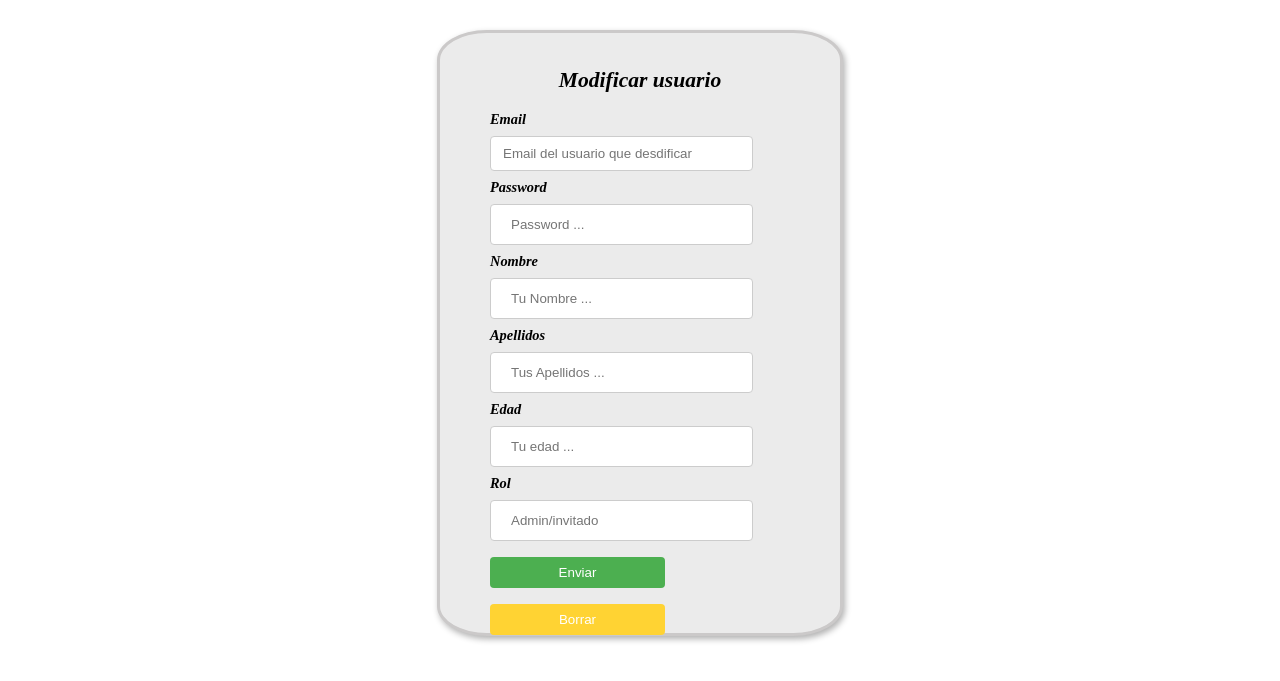
Repository: nachmz42/ProyectoJoker
Page: http://localhost/Joker/modificarusuario.jsp
An editor plug-in stored every save of this project. The page is shown before and after the next save, followed by the edit.
The browser window is 1280 px wide. The pictures show the whole page.
The page is served by Tomcat 9. Other server files are loaded and not shown.

Above is the page before, as saved 2021-07-02 11:18:30.

### Joker/src/main/webapp/modificarusuario.jsp
<%@ page language="java" contentType="text/html; charset=ISO-8859-1"
	pageEncoding="ISO-8859-1"%>
<!DOCTYPE html>
<html>
<head>
<meta charset="ISO-8859-1">
<title>Insert title here</title>
<link rel="stylesheet" href="STYLE/css/modificarusuario.css"></link>

</head>
<body>

	<div class="testbox">

		<form action="/Joker/ServletModificarusuario" method="post">
			<br>


			<h2>Modificar usuario</h2>
			<div class="form2" style="">


				<label for="email" id="1">Email</label><br> <input type="email"
					id="email" name="email"
					placeholder="Email del usuario que desdificar" required> <i
					class="icon-user"></i><br> <label for="password" id="1">Password</label><br>
				<input type="text" id="password" name="password"
					placeholder="Password ..." required> <br> <label
					for="nombre" id="1">Nombre</label><br> <input type="text"
					id="nombre" name="nombre" placeholder="Tu Nombre ..." required><br>

				<label for="apellidos">Apellidos</label><br> <input
					type="text" id="apellidos" name="apellidos"
					placeholder="Tus Apellidos ..." required><br> <label
					for="edad" id="1">Edad</label><br> <input type="text"
					id="edad" name="edad" placeholder="Tu edad ..." required><br>

				 <label for="rol" id="1">
					Rol</label><br> <input type="text" id="rol"
					name="rol" placeholder="Admin/invitado" required> <br>


				<input type="submit" value="Enviar"><br> <input
					type="reset" value="Borrar"><br>
			</div>
	</div>

</body>
</html>

### Joker/src/main/webapp/STYLE/css/modificarusuario.css
@charset "ISO-8859-1";




input[type=text], select {
	width: 75%;
	padding: 12px 20px;
	margin: 8px 0;
	display: inline-block;
	border: 1px solid #ccc;
	border-radius: 4px;
	box-sizing: border-box;
}

input[type=email], select {
	width: 75%;
	padding: 9px 12px;
	margin: 8px 0;
	display: inline-block;
	border: 1px solid #ccc;
	border-radius: 4px;
	box-sizing: border-box;
}

input[type=submit] {
	width: 50%;
	background-color: #4CAF50;
	color: white;
	padding: 8px 0px;
	margin: 8px 0;
	border: none;
	border-radius: 4px;
	cursor: pointer;
	Text-align: center;
}

input[type=reset] {
	width: 50%;
	background-color: #FFD333;
	color: white;
	padding: 8px 0px;
	margin: 8px 0;
	border: none;
	border-radius: 4px;
	cursor: pointer;
	Text-align: center;
}


.testbox {
	margin: 30px auto;
	width: 400px;
	height: 600px;
	-webkit-border-radius: 50px/30px;
	-moz-border-radius: 50px/30px;
	border-radius: 50px/30px;
	background-color: #ebebeb;
	-webkit-box-shadow: 2px 3px 6px rgba(0, 0, 0, .31);
	-moz-box-shadow: 2px 3px 6px rgba(0, 0, 0, .31);
	box-shadow: 2px 3px 6px rgba(0, 0, 0, .31);
	border: solid 3px #cbc9c9;
	Text-align: center;
	 font: oblique bold 90% cursive;
}





.form2 {
    Text-align: left;
    width: 350px;
    margin-left: 50px;
}

After the next save:
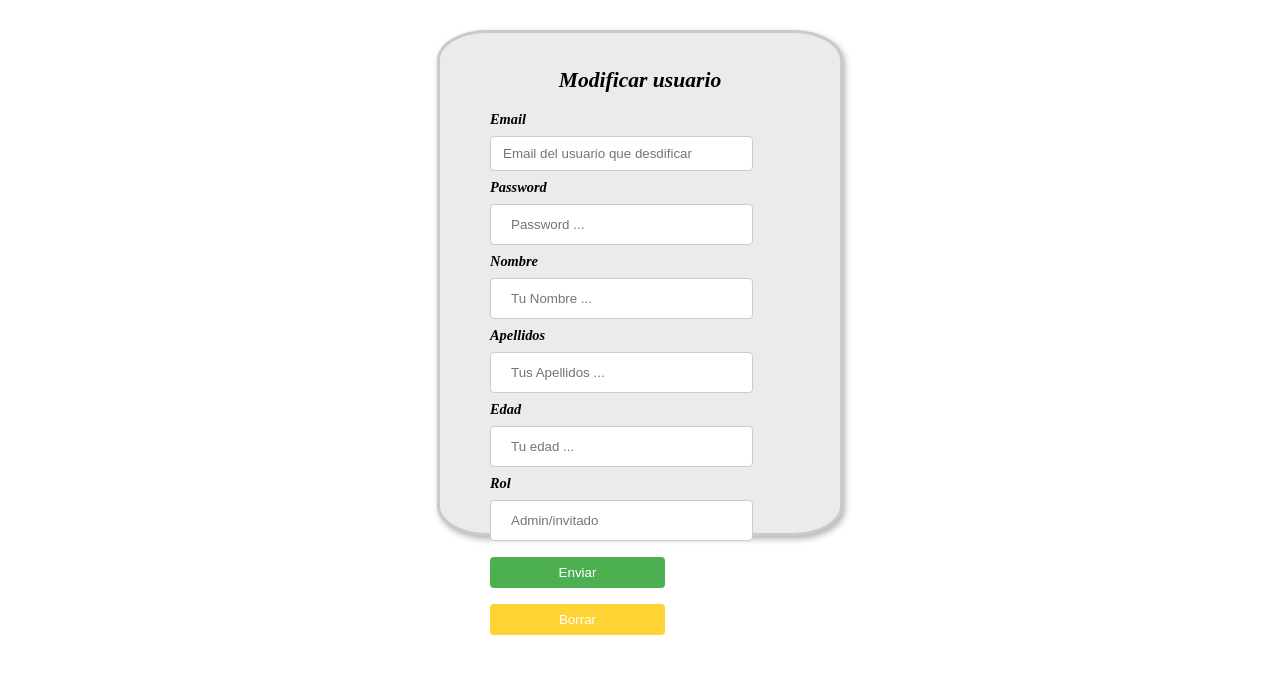
Saved 10 s later.
--- a/Joker/src/main/webapp/STYLE/css/modificarusuario.css
+++ b/Joker/src/main/webapp/STYLE/css/modificarusuario.css
@@ -51,7 +51,7 @@
 .testbox {
 	margin: 30px auto;
 	width: 400px;
-	height: 600px;
+	height: 500px;
 	-webkit-border-radius: 50px/30px;
 	-moz-border-radius: 50px/30px;
 	border-radius: 50px/30px;

After the save that followed:
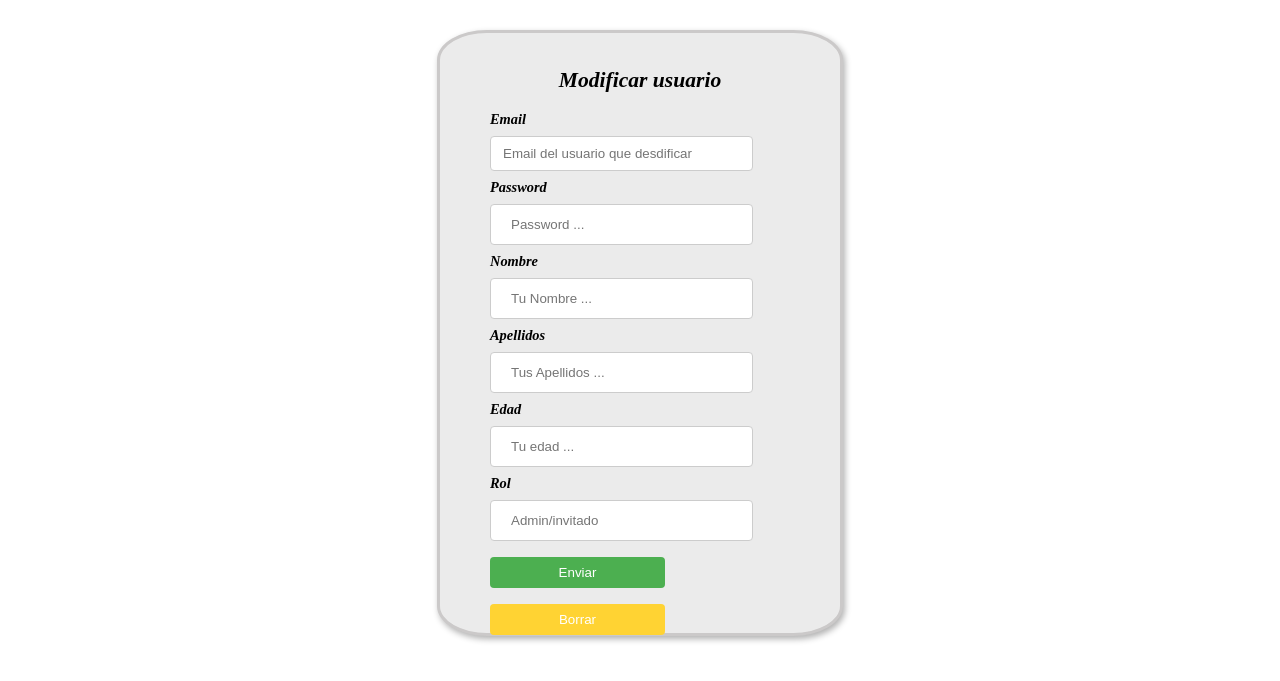
Saved 8 s later.
--- a/Joker/src/main/webapp/STYLE/css/modificarusuario.css
+++ b/Joker/src/main/webapp/STYLE/css/modificarusuario.css
@@ -51,7 +51,7 @@
 .testbox {
 	margin: 30px auto;
 	width: 400px;
-	height: 500px;
+	height: 600px;
 	-webkit-border-radius: 50px/30px;
 	-moz-border-radius: 50px/30px;
 	border-radius: 50px/30px;
